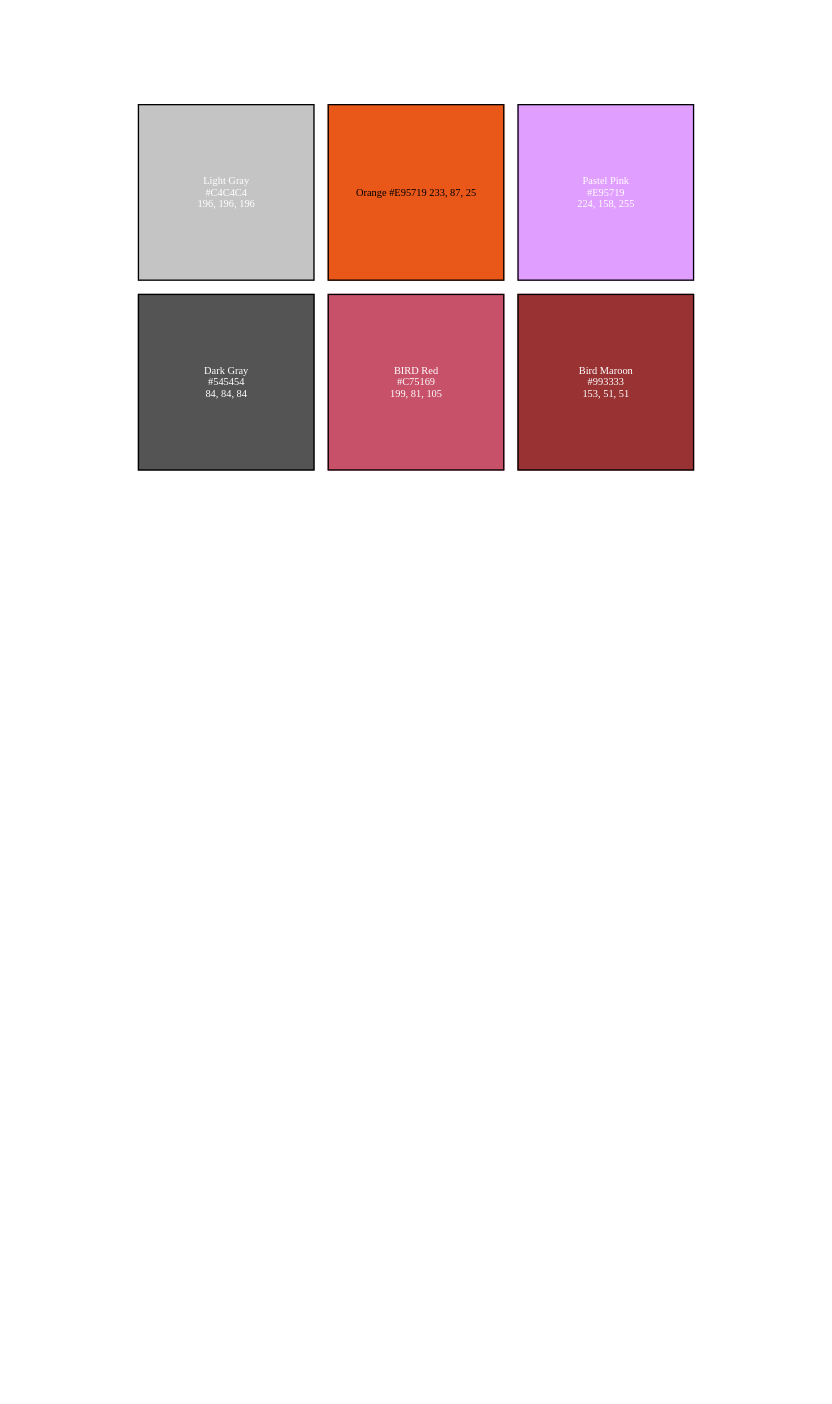
Repository: Levic559/bird-styleguide
Page: color/index.html
The author's editor kept a copy of each file at every save. The page is drawn from the files as they stood at one save, then again after the next save.
The browser window is 1280 px wide. The pictures show the whole page, at 65% of full size.

Above is the page before, as saved 2021-03-22 02:24:01.

After the next save:
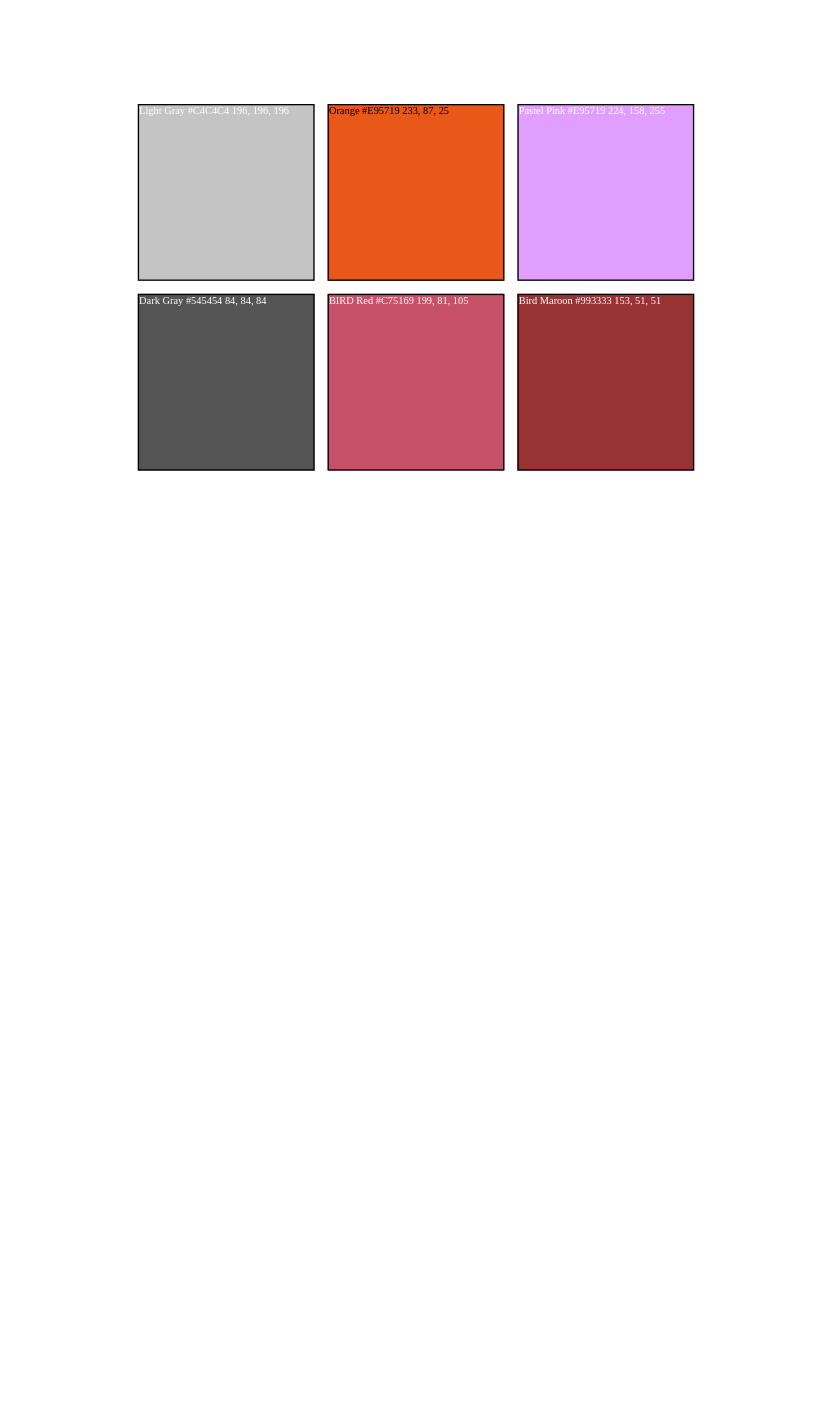
Saved 75 s later.
--- a/color/style.css
+++ b/color/style.css
@@ -24,14 +24,17 @@
 }
 
 .cell {
+    border: black 2px solid;
+    margin: 10px;
+    min-height: 268px;
+    min-width: 268px;
+}
+
+.hovercontainers {
     display: flex;
     flex-direction: column;
     justify-content: center;
     align-items: center;
-    border: black 2px solid;
-    margin: 10px;
-    min-height: 268px;
-    min-width: 268px;
 }
 
 .cell > span {
